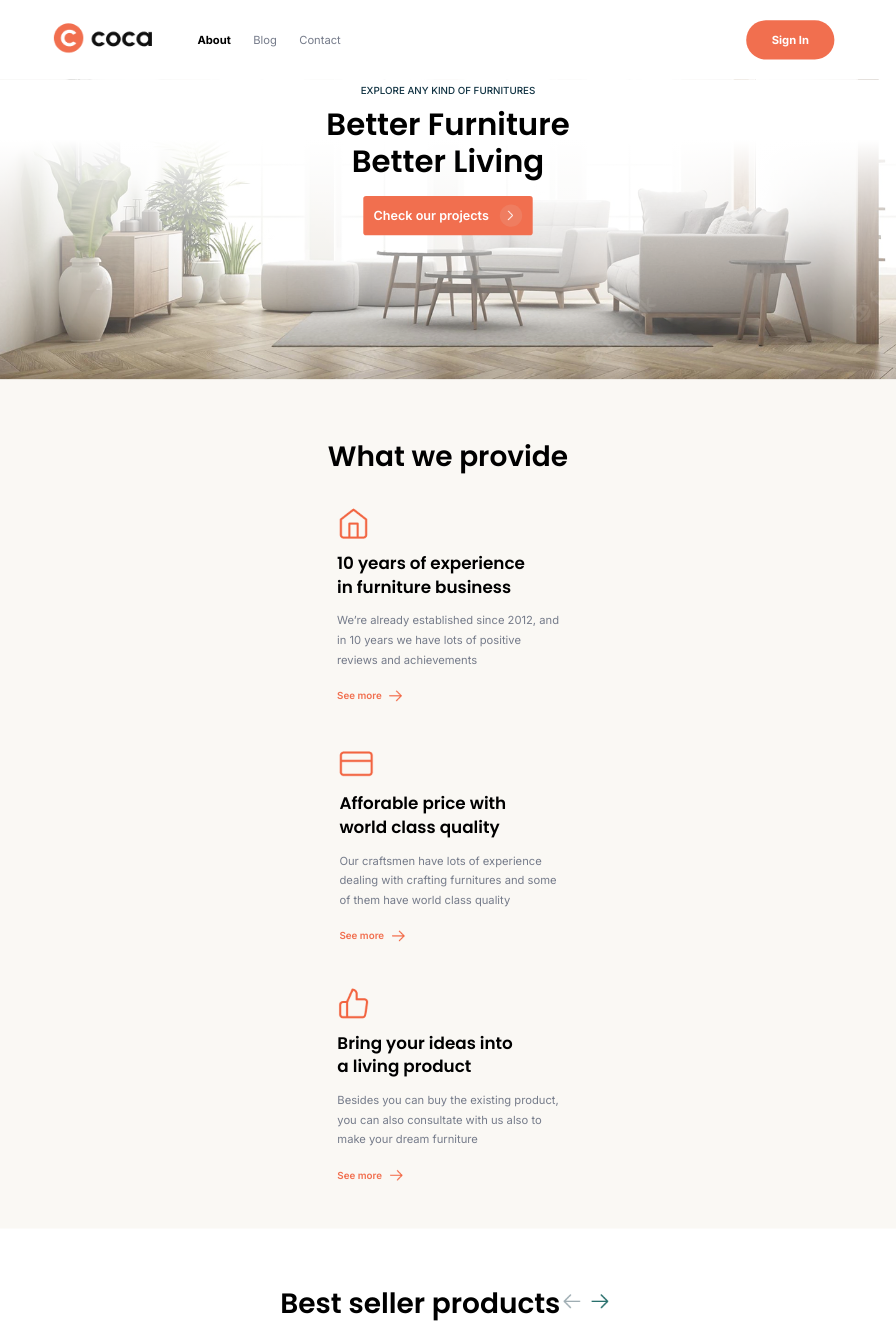
Repository: MatheusEich15/FrontEnd
Page: Prova 1 FrontEnd/Prova 1 FrontEnd/index.html
The author's editor kept a copy of each file at every save. The page is drawn from the files as they stood at one save, then again after the next save.
The browser window is 1280 px wide. The pictures show the part of the page from y = 0 to 1920 px (the page is 4913 px tall before and 4990 px after), at 70% of full size.

Above is the page before, as saved 2026-03-13 10:54:29.

After the next save:
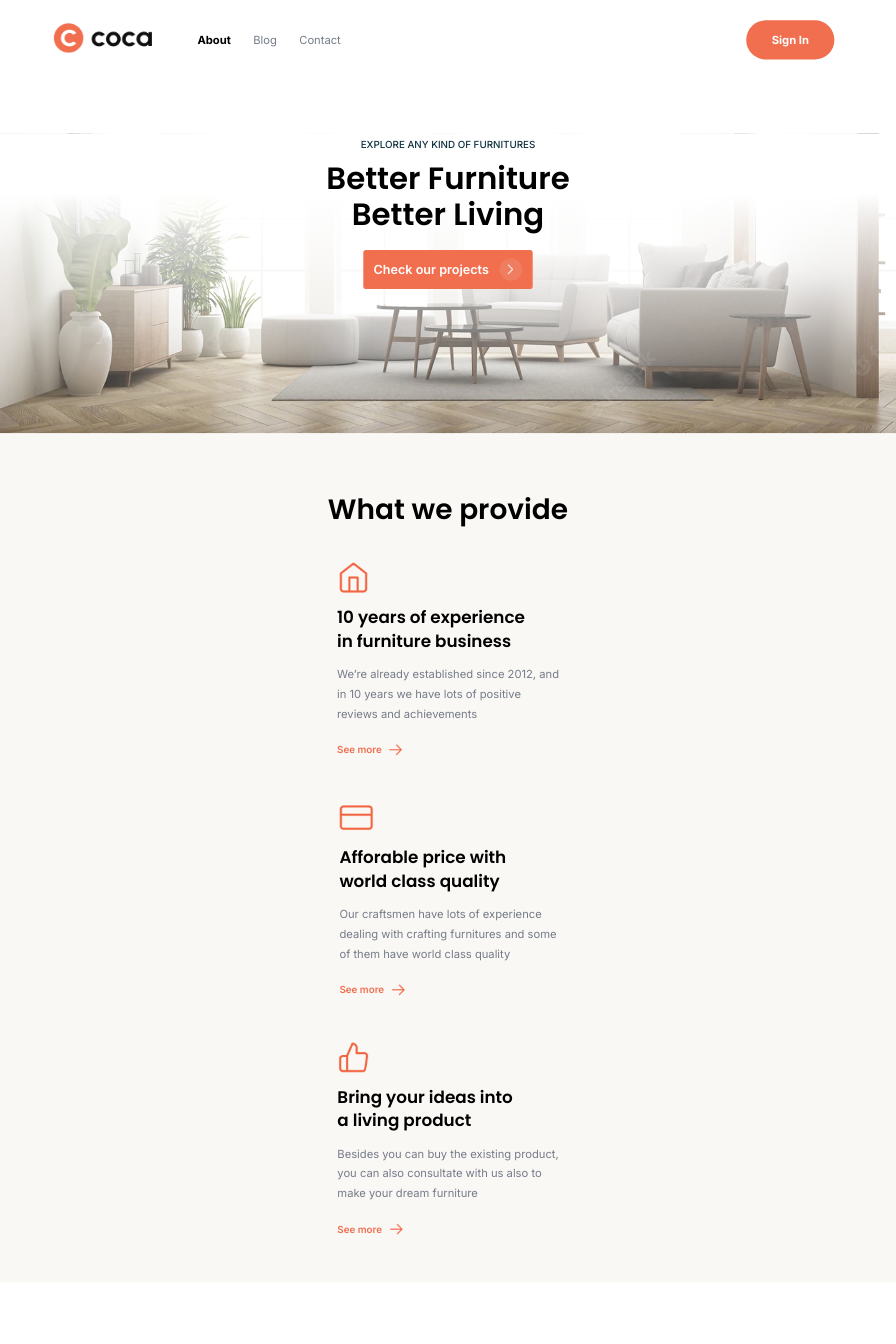
Saved 31 s later.
--- a/Prova 1 FrontEnd/Prova 1 FrontEnd/style.css
+++ b/Prova 1 FrontEnd/Prova 1 FrontEnd/style.css
@@ -669,6 +669,10 @@ footer {
     }
 
     #introduction-content {
-        margin-top: 0rem;
-}
-}
+    margin-top: 4.813rem;
+    color: var(--black);
+    display: flex;
+    flex-direction: column;
+    align-items: center;
+}
+}
